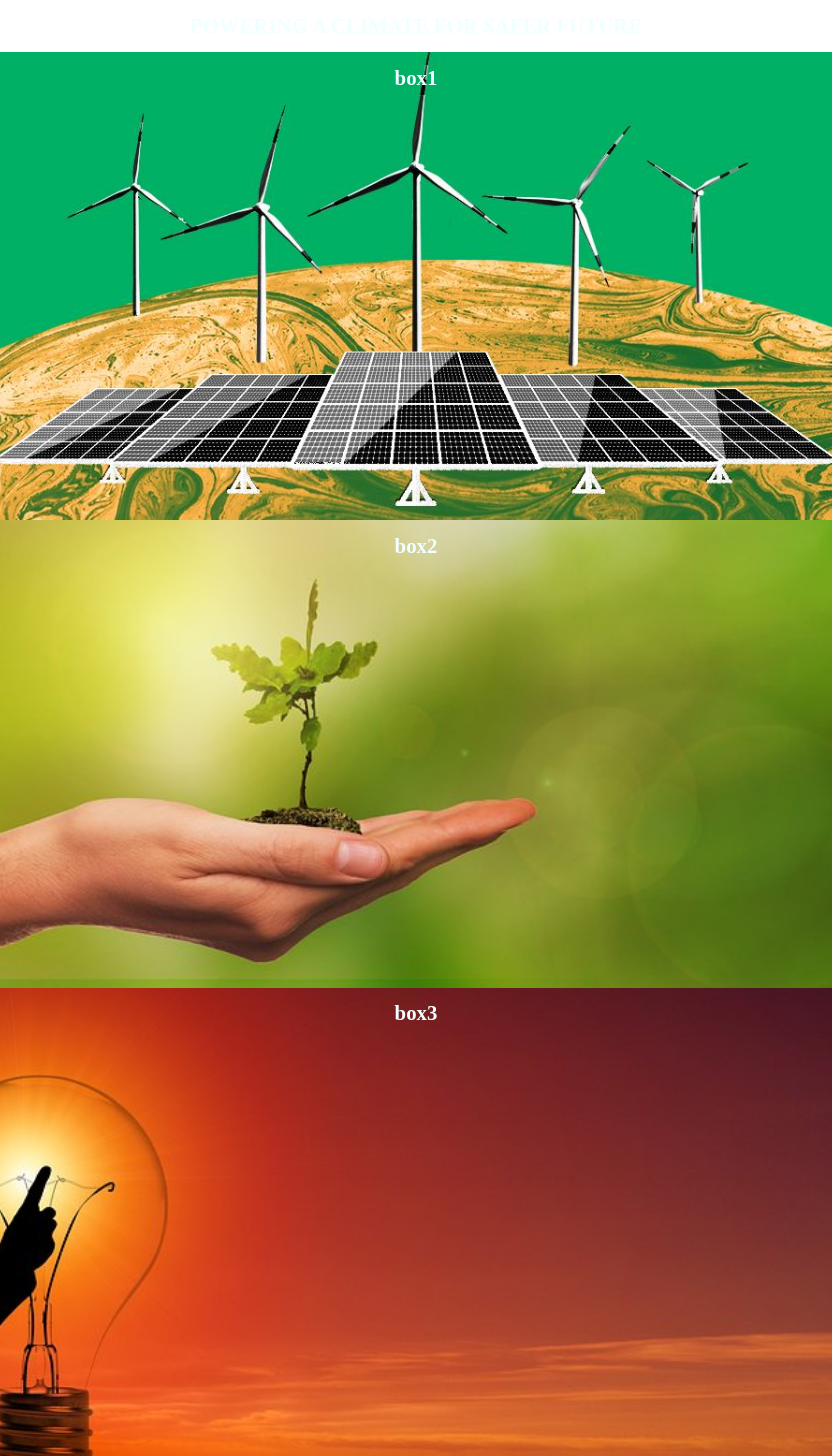
Repository: NavinDayanithi/static-web-design-competition
Page: index.html
The author's editor kept a copy of each file at every save. The page is drawn from the files as they stood at one save, then again after a run of saves.
The browser window is 1280 px wide. The pictures show the whole page, at 65% of full size.
Backgrounds fixed to the window are drawn as part of the page.

Above is the page before, as saved 2023-04-28 19:37:59.

After the next 4 saves:
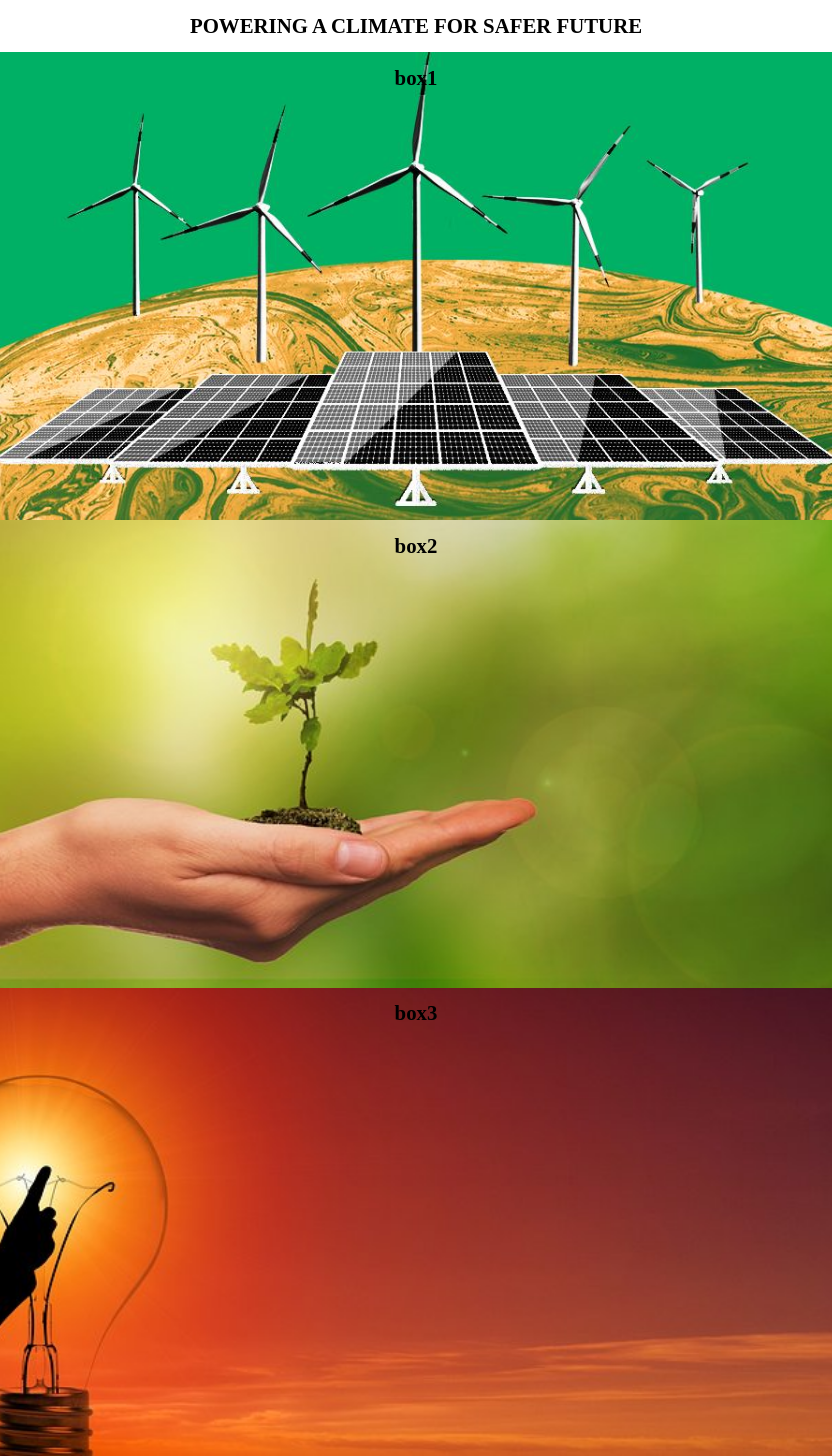
The 4 saves are shown as one change because they came seconds apart.
The last was saved 20 s later.
--- a/styles.css
+++ b/styles.css
@@ -1,7 +1,7 @@
 *
 {
     text-align:center;
-    color: azure;
+    color:black
 }
 head{
     background-color: aqua;
